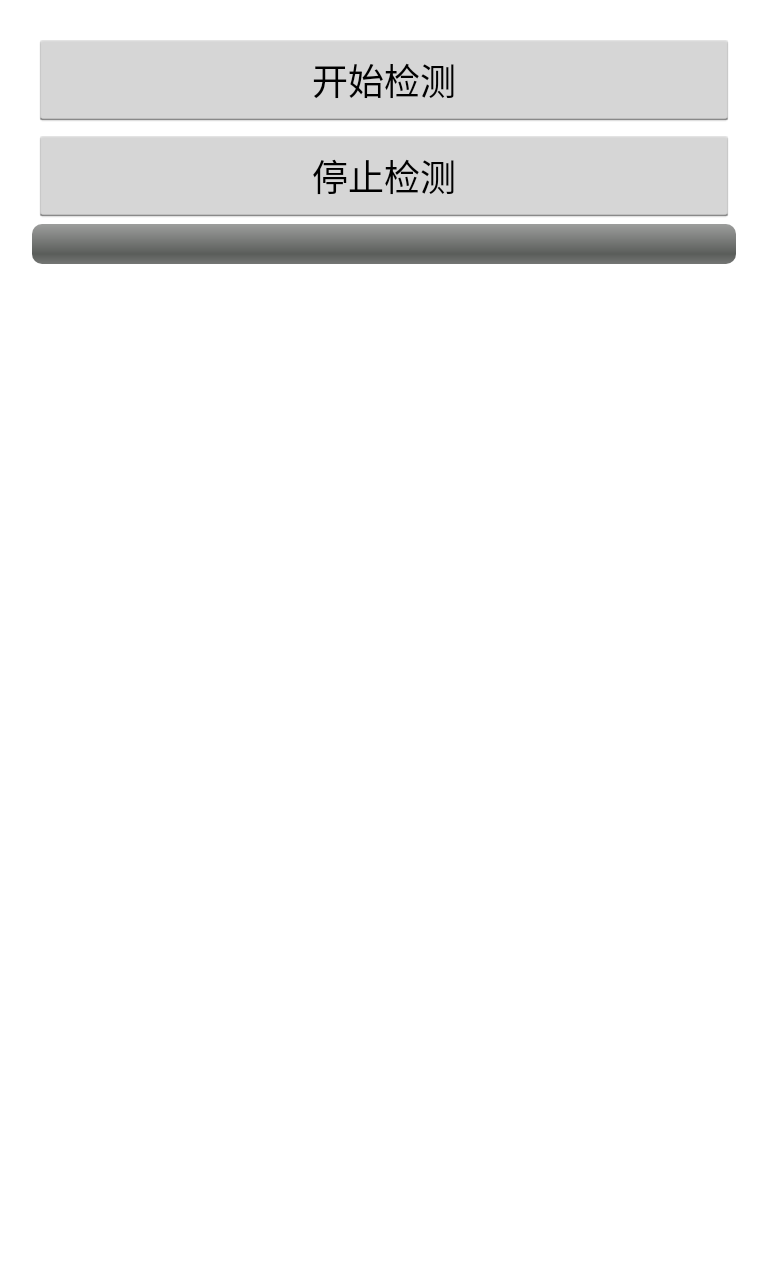
Repository: xfhy/Usually-learn-Android
Layout: JNI/7_压力表案例/res/layout/activity_main.xml
These files come from the project's save history. The layout is drawn as it stood at one moment and after the next save; the edit follows.
Pictures or frames that could not be fetched are drawn as grey boxes. It is drawn on a 768 x 1280 px phone screen (xhdpi) without system bars, with theme AppTheme; the app's code is not run.

Above is the layout before, as saved 2017-04-10 11:49:15.

### JNI/7_压力表案例/res/layout/activity_main.xml
<LinearLayout xmlns:android="http://schemas.android.com/apk/res/android"
    xmlns:tools="http://schemas.android.com/tools"
    android:layout_width="match_parent"
    android:layout_height="match_parent"
    android:paddingBottom="@dimen/activity_vertical_margin"
    android:paddingLeft="@dimen/activity_horizontal_margin"
    android:paddingRight="@dimen/activity_horizontal_margin"
    android:paddingTop="@dimen/activity_vertical_margin"
    android:orientation="vertical"
    tools:context="com.xfhy.pressuredemo.MainActivity$PlaceholderFragment" >

    <Button
        android:id="@+id/start"
        android:layout_width="match_parent"
        android:layout_height="wrap_content"
        android:text="开始检测" />

    <Button
        android:id="@+id/stop"
        android:layout_width="match_parent"
        android:layout_height="wrap_content"
        android:text="停止检测" />

    <ProgressBar
        android:id="@+id/pb"
        android:layout_width="match_parent"
        android:layout_height="wrap_content"
        style="@android:style/Widget.ProgressBar.Horizontal"
        />

</LinearLayout>

Loaded but not shown: JNI/7_压力表案例/res/values/styles.xml (common file); JNI/7_压力表案例/res/values-v11/styles.xml (common file); JNI/7_压力表案例/res/values-v14/styles.xml (common file); JNI/7_压力表案例/res/values/dimens.xml (common file); JNI/7_压力表案例/res/values-w820dp/dimens.xml (common file)

After the next save:
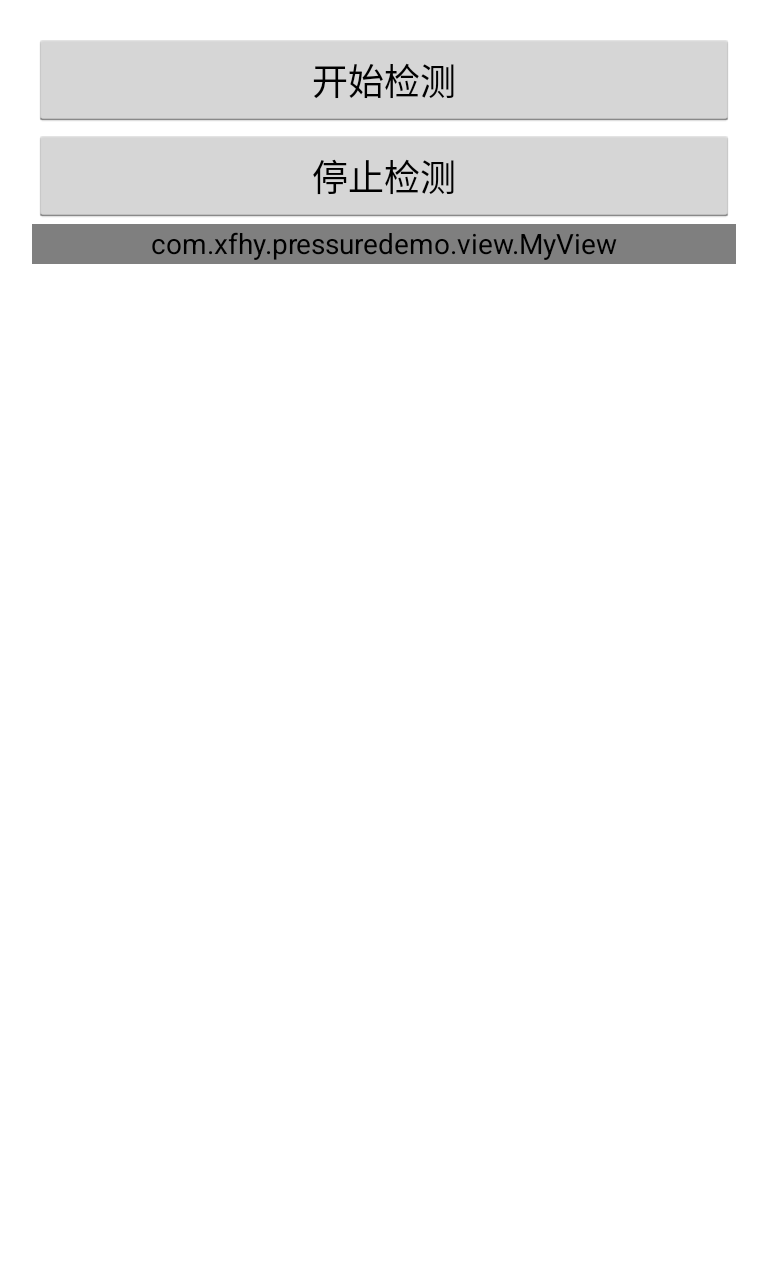
Saved 40 s later.
--- a/JNI/7_压力表案例/res/layout/activity_main.xml
+++ b/JNI/7_压力表案例/res/layout/activity_main.xml
@@ -21,7 +21,7 @@
         android:layout_height="wrap_content"
         android:text="停止检测" />
 
-    <ProgressBar
+    <com.xfhy.pressuredemo.view.MyView
         android:id="@+id/pb"
         android:layout_width="match_parent"
         android:layout_height="wrap_content"
